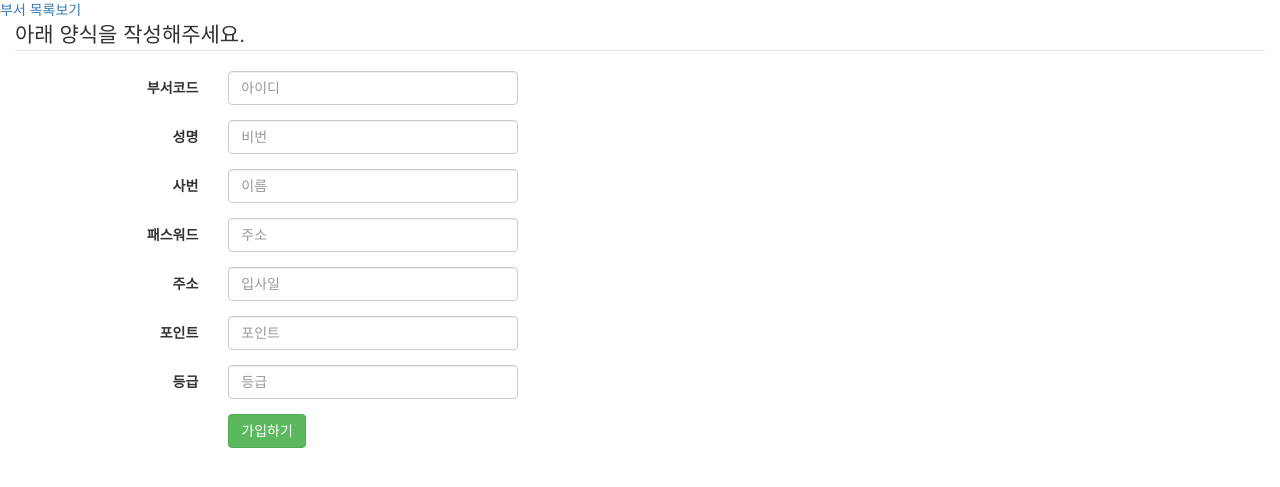
Repository: snowcuphea/webwork
Page: http://localhost/serverweb/member/register.jsp
The author's editor kept a copy of each file at every save. The page is drawn from the files as they stood at one save, then again after the next save.
The browser window is 1280 px wide. The pictures show the whole page.
The page is served by Tomcat 9.

Above is the page before, as saved 2020-01-20 05:01:31.

After the next save:
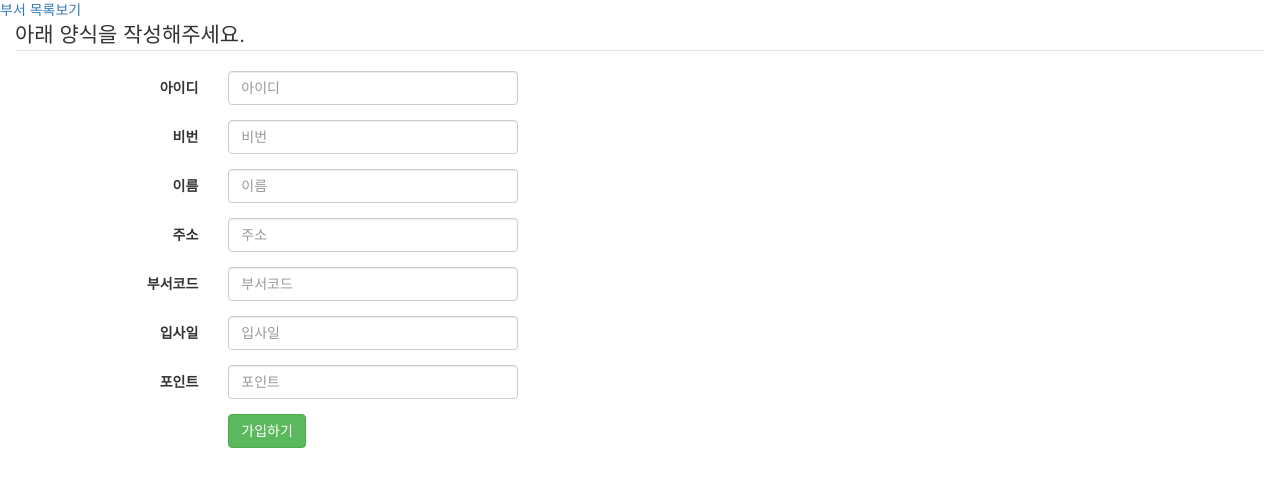
Saved 71 s later.
--- a/serverweb/WebContent/member/register.jsp
+++ b/serverweb/WebContent/member/register.jsp
@@ -21,7 +21,7 @@
 					</div>
 					<div class="form-group">
 						<!-- 부서코드 -->
-						<label class="control-label col-sm-2" for="orgcode">부서코드</label>
+						<label class="control-label col-sm-2" for="orgcode">아이디</label>
 						<div class="col-sm-3">
 							<input type="text" id="orgcode" name="deptno"
 								placeholder="아이디" class="form-control"
@@ -33,7 +33,7 @@
 
 					<div class="form-group">
 						<!-- 성명-->
-						<label class="control-label col-sm-2" for="orgname">성명</label>
+						<label class="control-label col-sm-2" for="orgname">비번</label>
 						<div class="col-sm-3">
 							<input type="text" id="orgname" name="name"
 								placeholder="비번" class="form-control" minlength="4" required>
@@ -42,7 +42,7 @@
 					</div>
 					<div class="form-group">
 						<!-- 사번-->
-						<label class="control-label col-sm-2" for="id">사번</label>
+						<label class="control-label col-sm-2" for="id">이름</label>
 						<div class="col-sm-3">
 							<input type="text" id="id" name="id"
 								placeholder="이름" class="form-control"
@@ -60,7 +60,7 @@
 
 					<div class="form-group">
 						<!-- 패스워드-->
-						<label class="control-label col-sm-2" for="pass">패스워드</label>
+						<label class="control-label col-sm-2" for="pass">주소</label>
 						<div class="col-sm-3">
 							<input type="text" id="pass" name="pass"
 								placeholder="주소" class="form-control" minlength="4" >
@@ -69,30 +69,30 @@
 					</div>
 					<div class="form-group">
 						<!-- 주소-->
-						<label class="control-label col-sm-2" for="addr">주소</label>
+						<label class="control-label col-sm-2" for="addr">부서코드</label>
 						<div class="col-sm-3">
 							<input type="text" id="addr" name="addr"
+							placeholder="부서코드"
+								class="form-control" minlength="4" required>
+
+						</div>
+					</div>
+					<div class="form-group">
+						<!-- 포인트-->
+						<label class="control-label col-sm-2" for="point">입사일</label>
+						<div class="col-sm-3">
+							<input type="text" id="point" name="point"
 							placeholder="입사일"
 								class="form-control" minlength="4" required>
 
 						</div>
 					</div>
 					<div class="form-group">
-						<!-- 포인트-->
-						<label class="control-label col-sm-2" for="point">포인트</label>
-						<div class="col-sm-3">
-							<input type="text" id="point" name="point"
-							placeholder="포인트"
-								class="form-control" minlength="4" required>
-
-						</div>
-					</div>
-					<div class="form-group">
 						<!-- 등급-->
-						<label class="control-label col-sm-2" for="grade">등급</label>
+						<label class="control-label col-sm-2" for="grade">포인트</label>
 						<div class="col-sm-3">
 							<input type="text" id="grade" name="grade"
-							placeholder="등급"
+							placeholder="포인트"
 								class="form-control" minlength="4" required>
 
 						</div>
